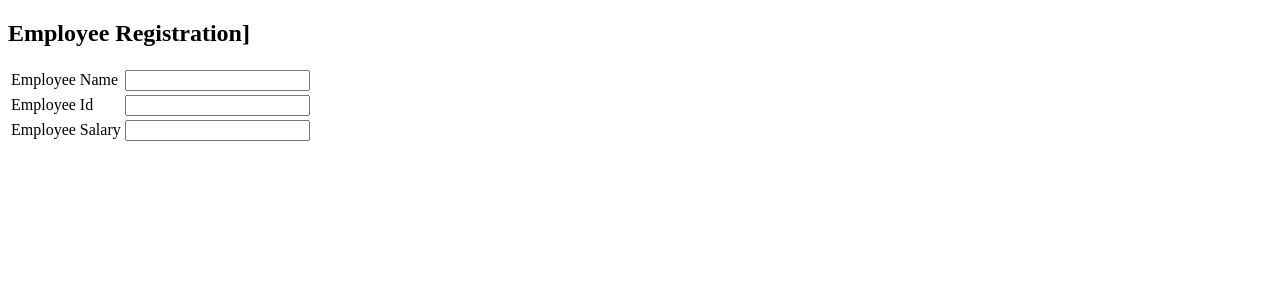
Repository: zebaqumar1907/javaCode
Page: EmployeeManagement/src/main/webapp/home.html
The author's editor kept a copy of each file at every save. The page is drawn from the files as they stood at one save, then again after the next save.
The browser window is 1280 px wide. The pictures show the whole page.

Above is the page before, as saved 2024-07-25 07:00:13.

### EmployeeManagement/src/main/webapp/home.html
<!DOCTYPE html>
<html>
<head>
<meta charset="UTF-8">
<title>Insert title here</title>
</head>
<body>
<h2> Employee Registration]</h2>
<form action="register" method="post">
<table>
<tr>
<td> Employee Name </td>
<td> <input type="text" name ="employeeName"></td>
</tr>
<tr>
<td> Employee Id </td>
<td> <input type="text" name ="employeeid"></td>
</tr>
<tr>
<td> Employee Salary </td>
<td> <input type="text" name ="employeeSalary"></td>
</tr>
</table>
</form>
</body>
</html>

After the next save:
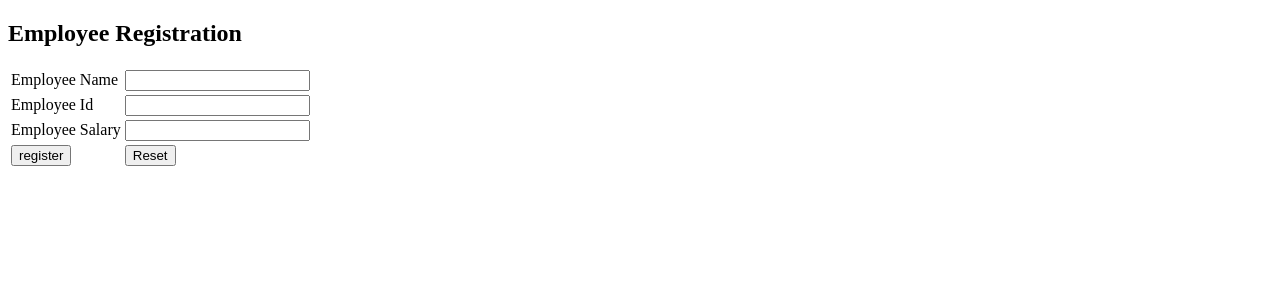
Saved 3 min 56 s later.
--- a/EmployeeManagement/src/main/webapp/home.html
+++ b/EmployeeManagement/src/main/webapp/home.html
@@ -5,7 +5,7 @@
 <title>Insert title here</title>
 </head>
 <body>
-<h2> Employee Registration]</h2>
+<h2> Employee Registration</h2>
 <form action="register" method="post">
 <table>
 <tr>
@@ -20,6 +20,10 @@
 <td> Employee Salary </td>
 <td> <input type="text" name ="employeeSalary"></td>
 </tr>
+<tr>
+<td><input type="submit" value="register"> </td>
+<td> <input type="reset" name ="cancel"></td>
+</tr>
 </table>
 </form>
 </body>
